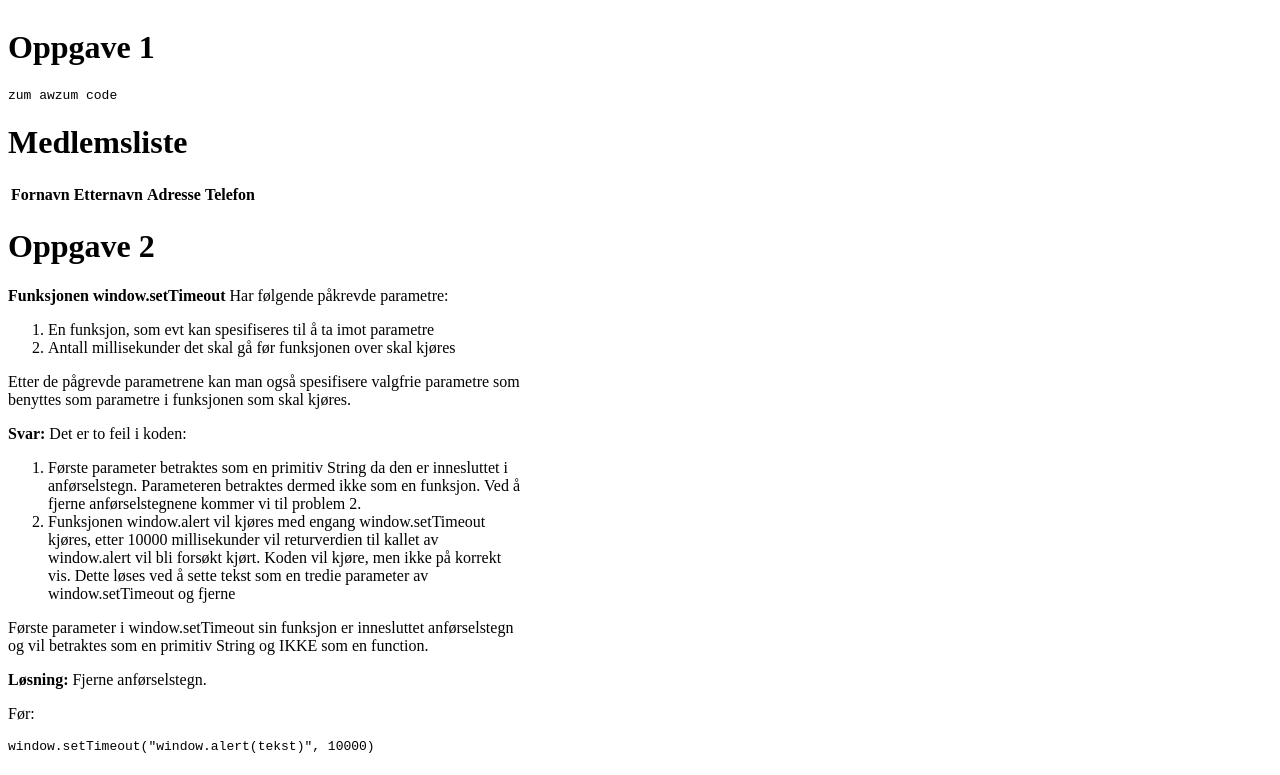
Repository: superdids/DAT152
Page: Oblig1/WebContent/index.html
An editor plug-in stored every save of this project. The page is shown before and after the next save, followed by the edit.
The browser window is 1280 px wide. The pictures show the whole page.

Above is the page before, as saved 2015-09-04 11:33:35.

### Oblig1/WebContent/index.html
<!DOCTYPE html>
<html>
<head>
<meta charset="UTF-8">
<script type="text/javascript" src="js/fil.js"></script>
<link href="css/style.css" rel="stylesheet" type="text/css" />
<title>Obligatorisk innlevering 1</title>
</head>
<body>

<h1>Oppgave 1</h1>

	<pre>zum awzum code</pre>
	<h1>Medlemsliste</h1>
	<table>
		<tr>
			<th>Fornavn</th>
			<th>Etternavn</th>
			<th>Adresse</th>
			<th>Telefon</th>
			<th></th>
			<th></th>
		</tr>
	</table>

<h1>Oppgave 2</h1>
<p><b>Funksjonen window.setTimeout </b>Har følgende påkrevde parametre:</p>
<ol>
<li>En funksjon, som evt kan spesifiseres til å ta imot parametre</li>
<li>Antall millisekunder det skal gå før funksjonen over skal kjøres</li>
</ol>

<p>Etter de pågrevde parametrene kan man også spesifisere valgfrie parametre
som benyttes som parametre i funksjonen som skal kjøres.</p>

<p><b>Svar: </b>Det er to feil i koden: </p>
<ol>
<li>Første parameter betraktes som en primitiv String da den er innesluttet
i anførselstegn. Parameteren betraktes dermed ikke som en funksjon. Ved å
fjerne anførselstegnene kommer vi til problem 2.</li>
<li>Funksjonen window.alert vil kjøres med engang window.setTimeout kjøres,
etter 10000 millisekunder vil returverdien til kallet av window.alert
vil bli forsøkt kjørt. Koden vil kjøre, men ikke på korrekt vis.
Dette løses ved å sette tekst som en tredie parameter av window.setTimeout
og fjerne </li>
</ol>

Første parameter i window.setTimeout sin funksjon er innesluttet
anførselstegn og vil betraktes som en primitiv String og IKKE som en function.

<p><b>Løsning: </b>Fjerne anførselstegn.
<p>Før: </p>
<pre>window.setTimeout("window.alert(tekst)", 10000)</pre>

</body>
</html>

### Oblig1/WebContent/js/fil.js
"use strict";

(function() {
	var lastet = function() {
		function forsinketUtskrift(tekst) {
			window.setTimeout(window.alert, 1000, tekst);
		}
		forsinketUtskrift("En liten utskrift");
	}

	window.addEventListener('load', lastet, false);
})();

### Oblig1/WebContent/css/style.css
body {
	width: 40%;
	float: left;
}

After the next save:
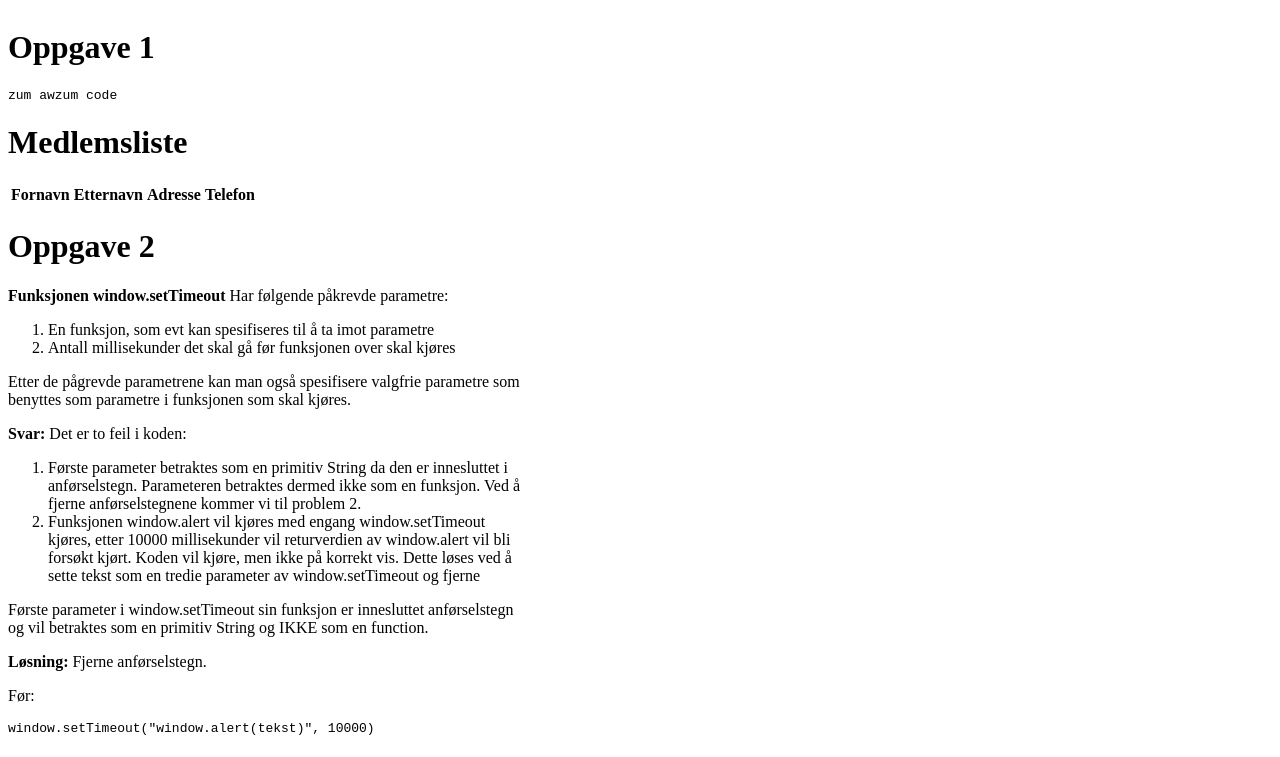
Saved 34 h 24 min later.
--- a/Oblig1/WebContent/index.html
+++ b/Oblig1/WebContent/index.html
@@ -39,7 +39,7 @@ som benyttes som parametre i funksjonen som skal kjøres.</p>
 i anførselstegn. Parameteren betraktes dermed ikke som en funksjon. Ved å
 fjerne anførselstegnene kommer vi til problem 2.</li>
 <li>Funksjonen window.alert vil kjøres med engang window.setTimeout kjøres,
-etter 10000 millisekunder vil returverdien til kallet av window.alert
+etter 10000 millisekunder vil returverdien av window.alert
 vil bli forsøkt kjørt. Koden vil kjøre, men ikke på korrekt vis.
 Dette løses ved å sette tekst som en tredie parameter av window.setTimeout
 og fjerne </li>
